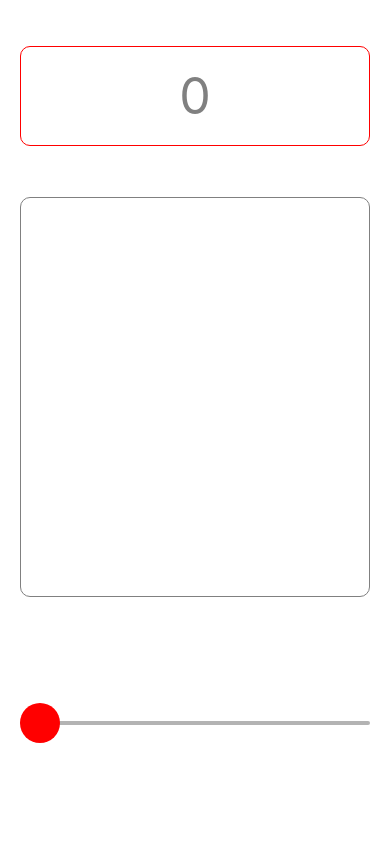
Repository: sonnke/imageResizer
Screen: /
The author's editor kept a copy of each file at every save. The screen is drawn from the files as they stood at one save, then again after the next save.
Pictures or frames that could not be fetched are drawn as grey boxes. The app was drawn by React Native's web renderer in a window 390 px wide. The project was rebuilt for these pictures with package versions that can differ from the ones it lists, and the page was loaded fresh each time.

Above is the screen before, as saved 2020-02-02 19:36:34.

After the next save:
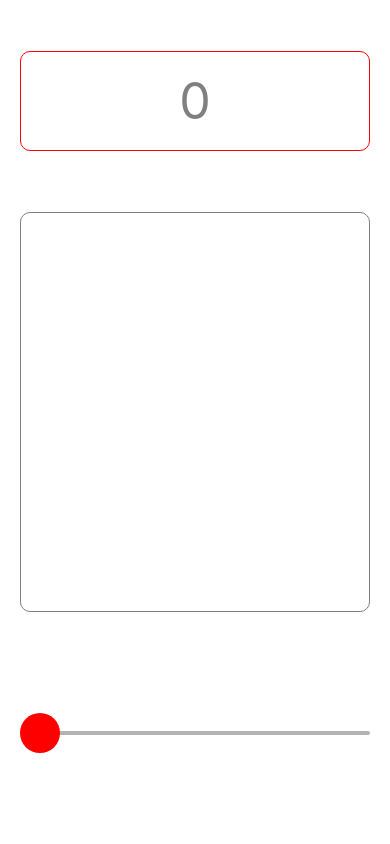
Saved 49 s later.
--- a/App.tsx
+++ b/App.tsx
@@ -35,7 +35,7 @@
 
 const SliderContainer = styled.View`
   width: 100%;
-  height: 150px;
+  height: 120px;
   border-color: red;
   border-radius: 10px;
   justify-content: center;

After the save that followed:
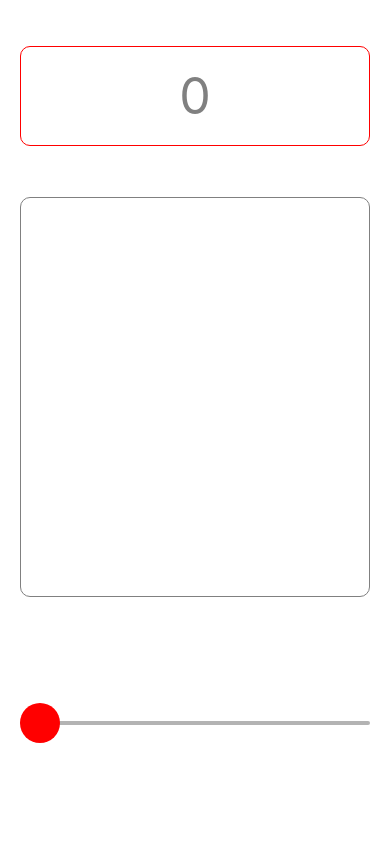
Saved 8 s later.
--- a/App.tsx
+++ b/App.tsx
@@ -35,7 +35,7 @@
 
 const SliderContainer = styled.View`
   width: 100%;
-  height: 120px;
+  height: 150px;
   border-color: red;
   border-radius: 10px;
   justify-content: center;
